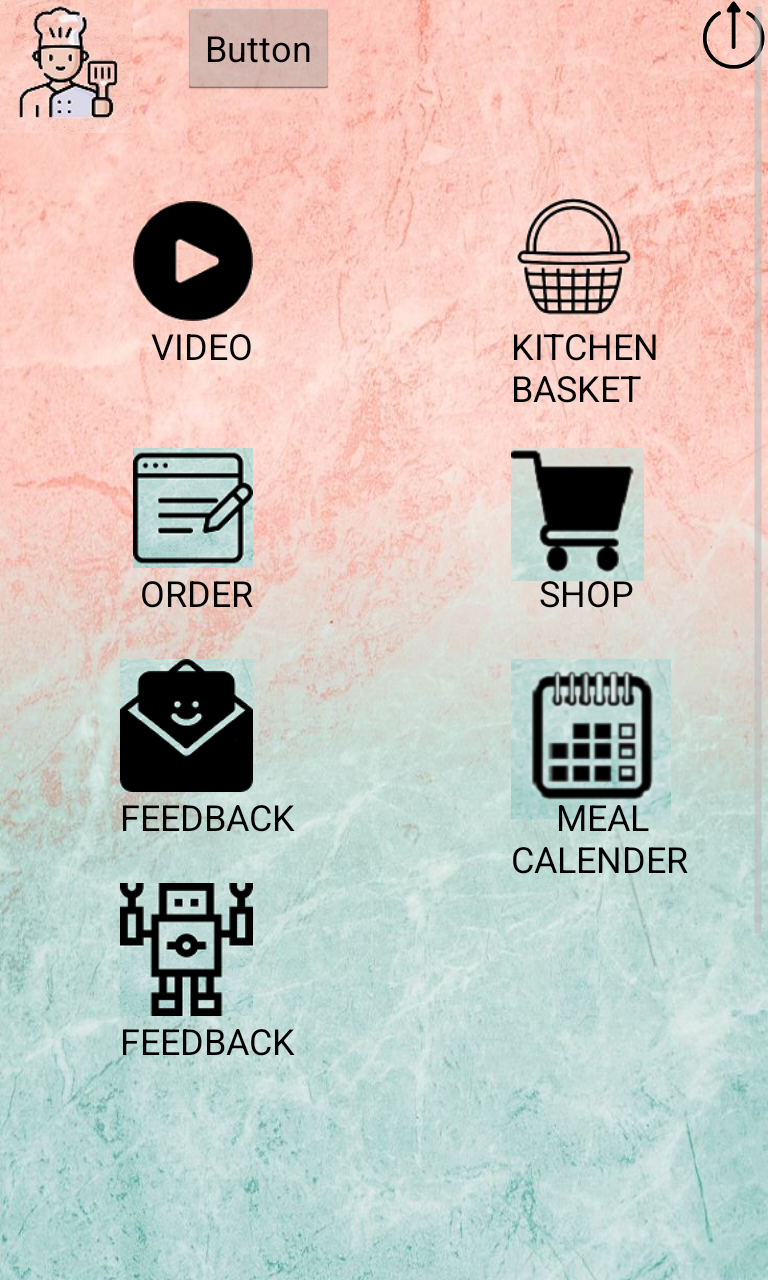
Repository: Narjasfathima/SmartKitchen
Layout: Frontend/SmartKitchen/res/layout/activity_home.xml
An editor plug-in stored every save of this project. The layout is shown before and after the next save, followed by the edit.
It is drawn on a 768 x 1280 px phone screen (xhdpi) without system bars, with theme AppTheme; the app's code is not run.

Above is the layout before, as saved 2021-01-23 18:36:43.

After the next save:
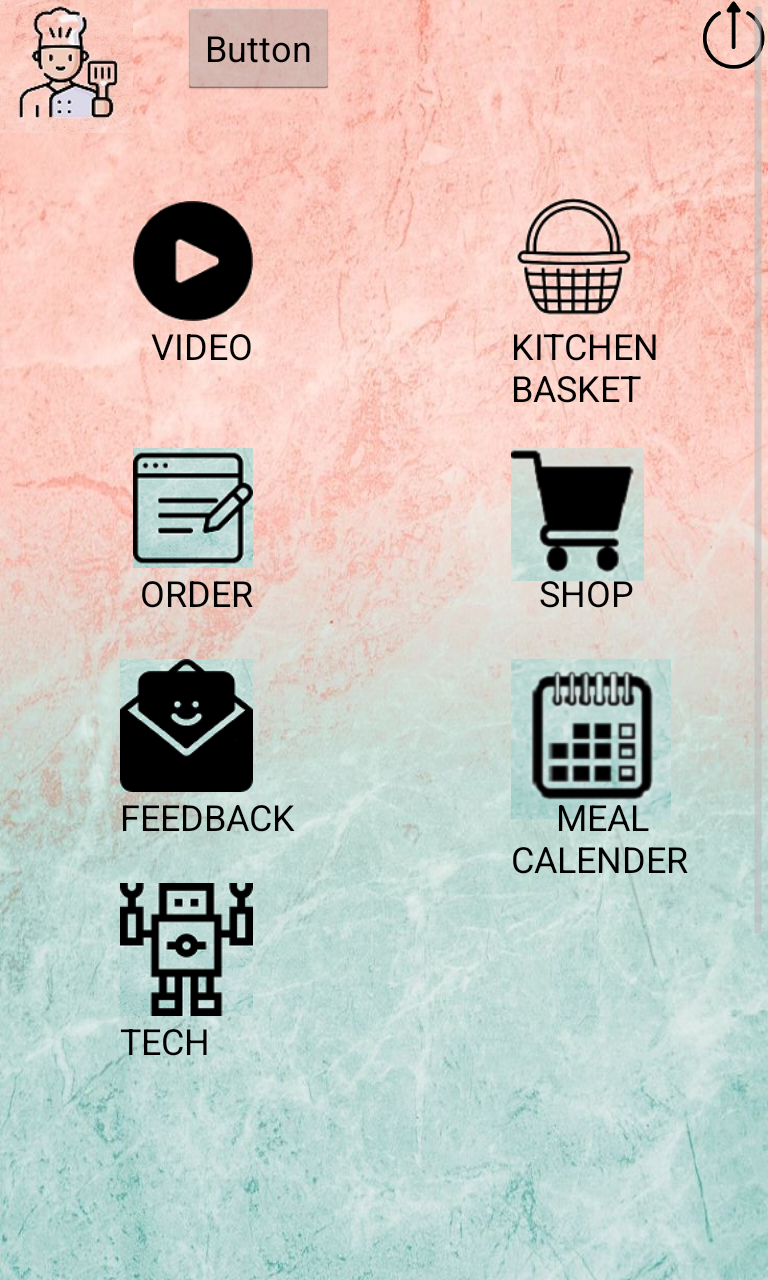
Saved 7 s later.
--- a/Frontend/SmartKitchen/res/layout/activity_home.xml
+++ b/Frontend/SmartKitchen/res/layout/activity_home.xml
@@ -160,7 +160,7 @@
         android:layout_height="wrap_content"
         android:layout_alignLeft="@+id/imageButton9"
         android:layout_below="@+id/imageButton9"
-        android:text="FEEDBACK"
+        android:text="TECH"
         android:textAppearance="?android:attr/textAppearanceMedium" />
 
 </RelativeLayout>
